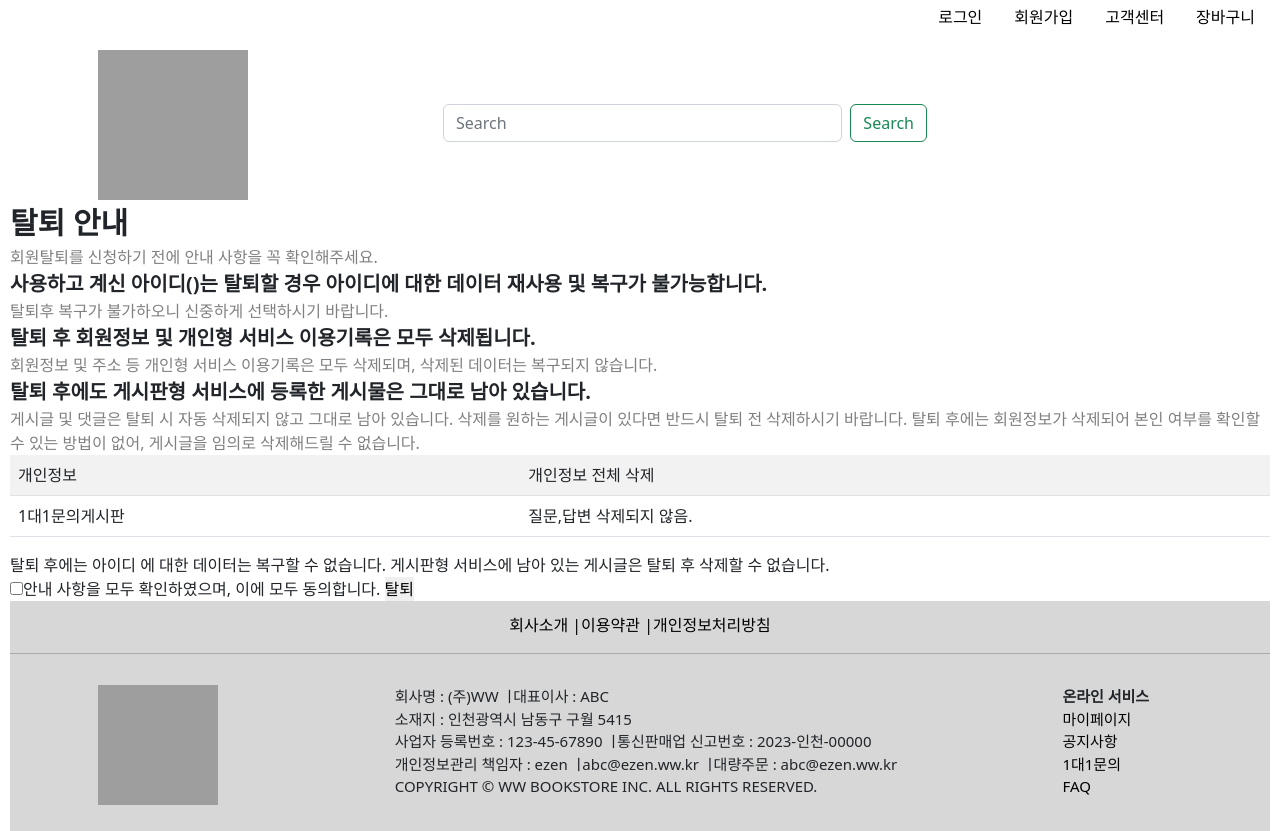
Repository: leehyeonung/project4
Page: http://localhost/book/WEB-INF/views/member/delete.jsp
These files come from the project's save history. The page is drawn as it stood at one moment and after the next save; the edit follows.
The browser window is 1280 px wide. The pictures show the whole page.
Pictures or frames that could not be fetched are drawn as grey boxes. The page is served by Tomcat 9. Nobody is signed in. Other server files are loaded and not shown. The template is opened directly, without the code that normally fills it, so the values that code supplies are empty.

Above is the page before, as saved 2023-01-06 06:12:36.

### book/src/main/webapp/WEB-INF/views/member/delete.jsp
<%@ page language="java" contentType="text/html; charset=UTF-8"
    pageEncoding="UTF-8"%>
<%@ taglib uri="http://java.sun.com/jsp/jstl/core" prefix="c"%>

<!DOCTYPE html>
<html>
<head>
<meta charset="UTF-8">
<title>Insert title here</title>
<link rel="stylesheet" type="text/css" href="/resources/css/delete.css">
<link rel="stylesheet" type="text/css" href="/resources/css/main.css">
</head>
<body>

<jsp:include page="../layout/header.jsp"></jsp:include>
<div class="main">
<div class="info">
탈퇴 안내
</div>
<div class="short">회원탈퇴를 신청하기 전에 안내 사항을 꼭 확인해주세요.</div>
<div class="long">사용하고 계신 아이디(${ses.mem_id})는 탈퇴할 경우 아이디에 대한 데이터 재사용 및 복구가 불가능합니다.</div>
<div class="short">탈퇴후 복구가 불가하오니 신중하게 선택하시기 바랍니다.</div>
<div class="long">탈퇴 후 회원정보 및 개인형 서비스 이용기록은 모두 삭제됩니다.</div>
<div class="short">회원정보 및 주소 등 개인형 서비스 이용기록은 모두 삭제되며, 삭제된 데이터는 복구되지 않습니다.</div>
<div class="long">탈퇴 후에도 게시판형 서비스에 등록한 게시물은 그대로 남아 있습니다.</div>
<div class="short">
게시글 및 댓글은 탈퇴 시 자동 삭제되지 않고 그대로 남아 있습니다.
삭제를 원하는 게시글이 있다면 반드시 탈퇴 전 삭제하시기 바랍니다.
탈퇴 후에는 회원정보가 삭제되어 본인 여부를 확인할 수 있는 방법이 없어, 게시글을 임의로 삭제해드릴 수 없습니다.
</div>
<table class="table table-striped">
<tr>
<td>개인정보</td>
<td>개인정보 전체 삭제</td>
</tr>
<tr>
<td>1대1문의게시판</td>
<td>질문,답변 삭제되지 않음.</td>
</tr>
</table>
탈퇴 후에는 아이디 ${ses.mem_id}에 대한 데이터는 복구할 수 없습니다.
게시판형 서비스에 남아 있는 게시글은 탈퇴 후 삭제할 수 없습니다.
<form action="/mem/delete?mem_num=${ses.mem_num}" method="post" >
<input type="checkbox" name="deletecheck" value="okay">안내 사항을 모두 확인하였으며, 이에 모두 동의합니다.
<button type="submit">탈퇴</button>
</form>
</div>
<jsp:include page="../layout/footer.jsp"></jsp:include>
</body>
</html>

### book/src/main/webapp/WEB-INF/views/layout/header.jsp
<%@ page language="java" contentType="text/html; charset=UTF-8"
    pageEncoding="UTF-8"%>
<%@ taglib uri="http://java.sun.com/jsp/jstl/core" prefix="c"%>
<!DOCTYPE html>
<html>
<head>
<meta charset="UTF-8">
<title>Insert title here</title>
<!-- CSS only -->
<link href="https://cdn.jsdelivr.net/npm/bootstrap@5.2.2/dist/css/bootstrap.min.css"
rel="stylesheet" integrity="sha384-Zenh87qX5JnK2Jl0vWa8Ck2rdkQ2Bzep5IDxbcnCeuOxjzrPF/et3URy9Bv1WTRi"
crossorigin="anonymous">
<link rel="stylesheet" type="text/css" href="/resources/css/header.css">
</head>
<body>
<div class="header">
    <div class="menu">
        <c:if test="${ses.mem_id ==null}">
        <ul><a href="/mem/loginPage">로그인</a></ul>
        <ul><a href="/mem/joinPage">회원가입</a></ul>
        </c:if>
        <c:if test="${ses.mem_id == 'admin' }">
        <ul><a href="/mem/logOut">로그아웃</a></ul>
        <ul><a href="/mem/adminpage">관리인페이지</a></ul>
        </c:if>
        <c:if test="${ses.mem_id !=null && ses.mem_id !='admin' }">
        <ul><a href="/mem/logOut">로그아웃</a></ul>
        <ul><a href="/mem/mypage">마이페이지</a></ul>
        </c:if>
        <ul><a href="#">고객센터</a></ul>
        <ul><a href="#">장바구니</a></ul>
    </div>
    <div class="bar">
       <div class="logo">
         <a href="/"><img src="/resources/image/logo.jpg" alt="로고"></a>
       </div>
         <div class="searchBar">
            <form class="d-flex" role="search">
                 <input class="form-control me-2" type="search" placeholder="Search" aria-label="Search">
                 <button class="btn btn-outline-success" type="submit">Search</button>
              </form>
         </div>
       <div class="icons">
         <a href=""><i class="fa-solid fa-cart-shopping"></i></a>
            <a href=""><i class="fa-solid fa-user"></i></a>
       </div>
    </div>
</div>
</body>
</html>

### book/src/main/webapp/WEB-INF/views/layout/footer.jsp
<%@ page language="java" contentType="text/html; charset=UTF-8"
   pageEncoding="UTF-8"%>
<!DOCTYPE html>
<html>
<head>
<meta charset="UTF-8">
<title>Insert title here</title>
<link rel="stylesheet" type="text/css" href="/resources/css/footer.css">

</head>

<body>
   <div class="footer">
      <div class="footer-top">
         <ul>
            <li><a href="/introduce">회사소개 | </a></li>
            <li><a href="">이용약관 | </a></li>
            <li><a href="">개인정보처리방침</a></li>
         </ul>
      </div>
      <hr>
      <div class="address">
         <div class="footer-logo">
            <img src="/resources/image/logo.jpg" alt="로고">
         </div>
         <div class="address-box">
            <ul>
               <li>회사명 : (주)WW <span style="margin-right: -7px;">ㅣ</span>
                  대표이사 : ABC
               </li>

               <li>소재지 : 인천광역시 남동구 구월 5415</li>
               <li>사업자 등록번호 : 123-45-67890 <span style="margin-right: -7px;">ㅣ</span>
                  통신판매업 신고번호 : 2023-인천-00000
               </li>

               <li>개인정보관리 책임자 : ezen <span style="margin-right: -7px;">ㅣ</span>
                  abc@ezen.ww.kr <span style="margin-right: -7px;">ㅣ</span> 대량주문 :
                  abc@ezen.ww.kr
               </li>

               <li>COPYRIGHT © WW BOOKSTORE INC. ALL RIGHTS RESERVED.</li>

            </ul>

         </div>
         <div class="online-serviceBar">
            <strong>온라인 서비스</strong>
            <ul>
               <li><a href="">마이페이지</a></li>
               <li><a href="">공지사항</a></li>
               <li><a href="">1대1문의</a></li>
               <li><a href="">FAQ</a></li>
            </ul>
         </div>
      </div>
   </div>

</body>
</html>

### book/src/main/webapp/resources/css/delete.css
@charset "UTF-8";
.main{
	margin: 0px auto;
}

.info{
	font-size:30px;
	font-weight:900;
}
.long{
	font-size:20px;
	font-weight:900;
}

.short{
	color: gray;
}
button{
	text-decoration: none;
	border: none;
	background-color: rgb(rgb(29, 25, 25), green, blue);
}

### book/src/main/webapp/resources/css/main.css
@charset "UTF-8";

.main{
	width:1260px;
	margin: 0 auto;
}

### book/src/main/webapp/resources/css/header.css
@charset "UTF-8";
*{
	margin: 0px;
	padding: 0px;
}
.header{
    width: 1260px;
    height: 200px;
   /*  background-color: pink; */
}
.menu{
   display: flex;
   justify-content: flex-end;
   padding:5px;

}
.logo{
    width: 150px;
    height: 150px;
    background-color: blue;
}
.logo>a>img{
    width: 150px;
    height: 150px;
}
.searchBar{
   /* position:absolute; */
    width: 484px;
    height: 42px;
    /* background-color: gold; */
    margin-top:54px;
    border-radius: 30px;

}
.bar{

   height: 150px;
   display: flex;
   flex-direction: row;
   flex-wrap:nowrap;
   justify-content:space-around;
/*    align-items: baseline; */


}
i{
    font-size: 42px;
    color: black;
    margin-top:54px;
    margin-right: 20px;
}

### book/src/main/webapp/resources/css/footer.css
@charset "UTF-8";
.footer {
   width: 1260px;
   height: 230px;
   background-color: rgba(175, 175, 175, 0.5);
   margin: 0 auto;
}

.footer-logo {

   width: 120px;
   height: 120px;
   background-color: beige;
}
.footer-logo>img{
   width: 120px;
   height: 120px;
}

.address-box {
   text-align: left;
   padding: 0;
   margin: 0;
}

.address {
   padding: 15px;
   height: 150px;
   display: flex;
   font-size: 15px;
   /* align-items: baseline; */
   flex-direction: row;
   flex-wrap: nowrap;
   justify-content: space-around;
}

ul {
   list-style: none;
}

.footer, .address li {

}

.footer-top {
   text-align: center;
   padding-top: 12px;
}

.footer-top>ul {
   margin: 0;
   padding: 0;
   display: flex;
   justify-content: center;
}

.footer-top>li {
   margin: 0;
   padding: 0;
}

a {
   text-decoration-line: none;
   color: black;
}

a:visited {
   text-decoration: none;
}

a:hover {
   text-decoration: none;
}

a:focus {
   text-decoration: none;
}

a:hover, a:active {
   text-decoration: none;
}

.online-serviceBar {
   padding: 0px;
   margin-left: 20px;
   width: 120px;
   height: 120px;
}

.online-serviceBar>ul {
   margin: 0px;
   padding: 0px;
}

After the next save:
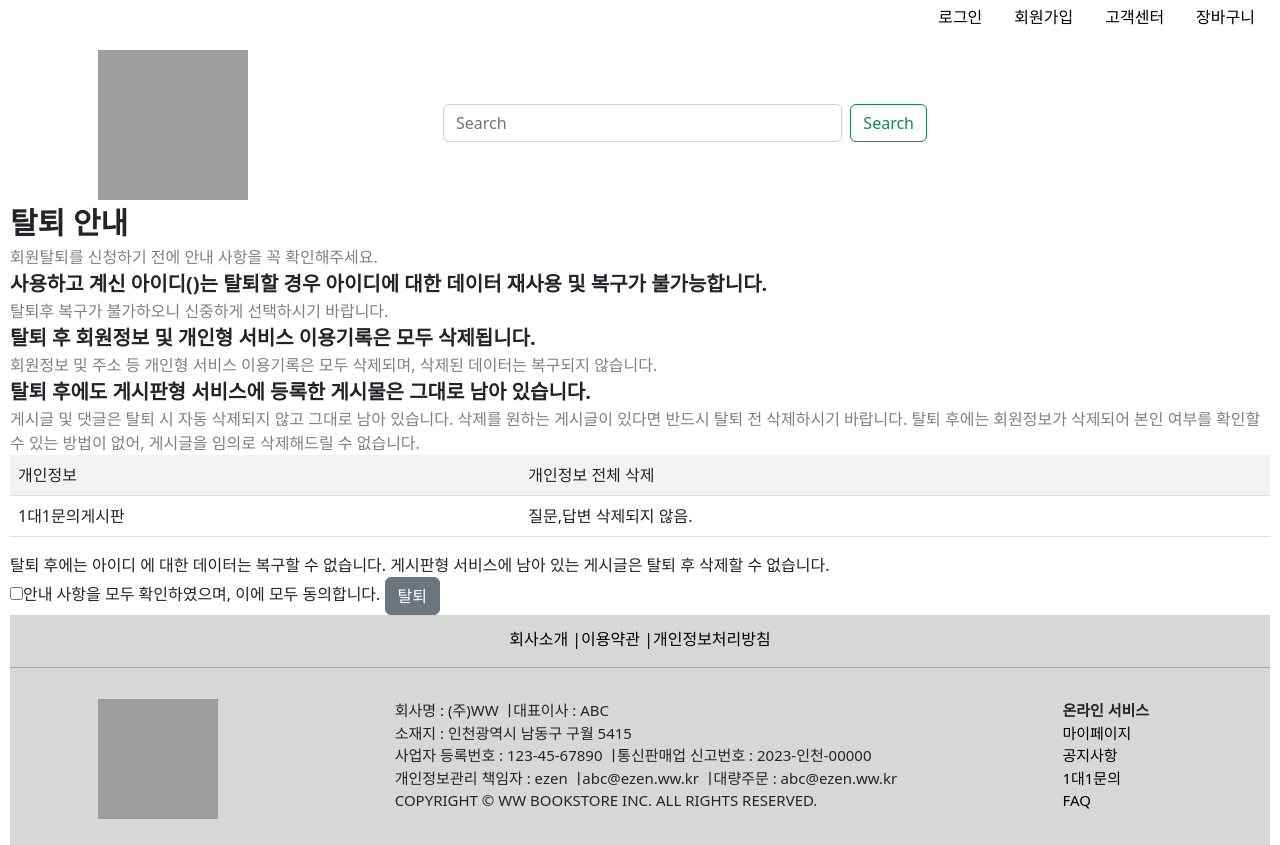
Saved 25 s later.
--- a/book/src/main/webapp/WEB-INF/views/member/delete.jsp
+++ b/book/src/main/webapp/WEB-INF/views/member/delete.jsp
@@ -42,7 +42,7 @@
 게시판형 서비스에 남아 있는 게시글은 탈퇴 후 삭제할 수 없습니다.
 <form action="/mem/delete?mem_num=${ses.mem_num}" method="post" >
 <input type="checkbox" name="deletecheck" value="okay">안내 사항을 모두 확인하였으며, 이에 모두 동의합니다.
-<button type="submit">탈퇴</button>
+<button type="submit" class="btn btn-secondary">탈퇴</button>
 </form>
 </div>
 <jsp:include page="../layout/footer.jsp"></jsp:include>
